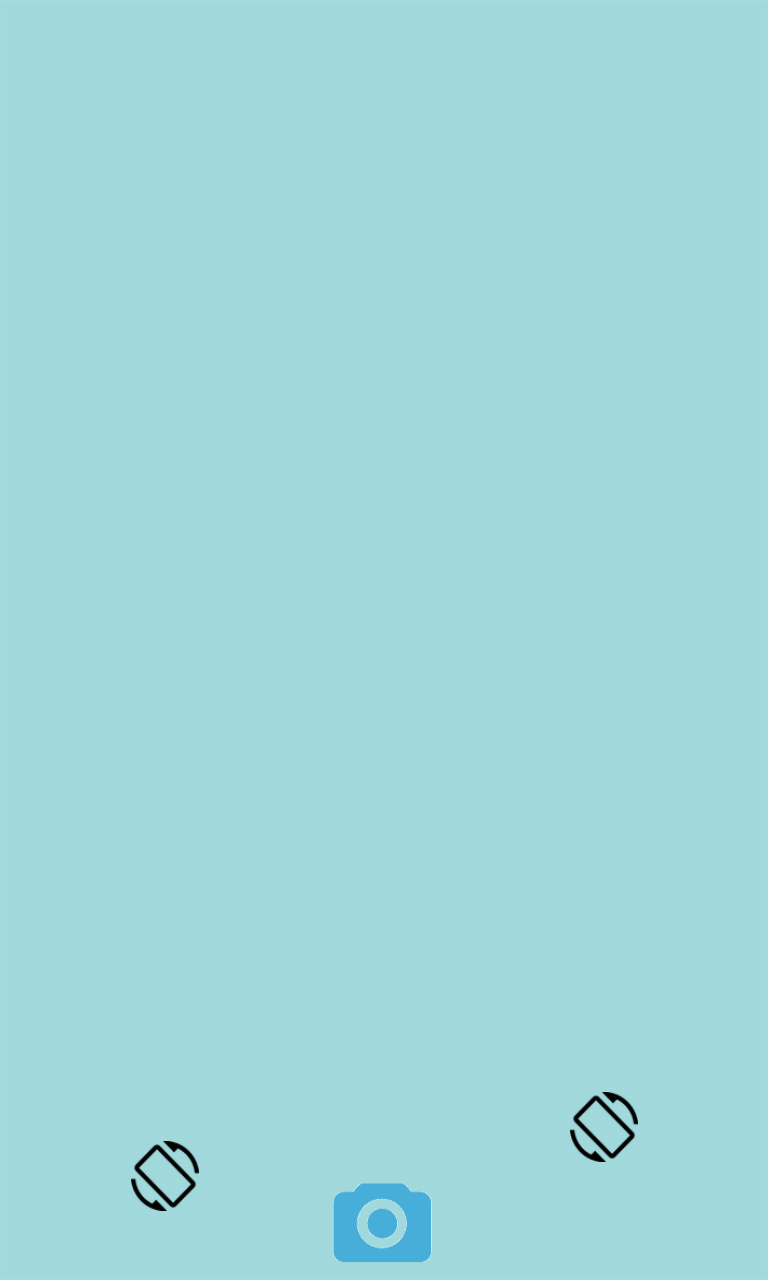
Repository: jucasoliveira/crazycameraapp
Layout: CrazyCameraCp/res/layout/activity_main.xml
These files come from the project's save history. The layout is drawn as it stood at one moment and after the next save; the edit follows.
It is drawn on a 768 x 1280 px phone screen (xhdpi) without system bars, with theme AppTheme; the app's code is not run.

Above is the layout before, as saved 2015-04-16 23:33:33.

### CrazyCameraCp/res/layout/activity_main.xml
<?xml version="1.0" encoding="utf-8"?>
<LinearLayout xmlns:android="http://schemas.android.com/apk/res/android"
    android:orientation="vertical"
    android:layout_width="fill_parent"
    android:layout_height="fill_parent"
    android:background="@drawable/bluetint"
    >
  <FrameLayout
    android:id="@+id/camera_preview"
    android:layout_width="fill_parent"
    android:layout_height="fill_parent"
    android:layout_weight="1"
    />

  <Button
      android:id="@+id/button_capture"
      android:layout_width="77dp"
      android:layout_height="58dp"
      android:layout_gravity="center"
      android:layout_marginLeft="0dp"
      android:layout_marginTop="10dp"
      android:background="@drawable/iconcamera" />

   <Button
       android:id="@+id/button_rotate"
       android:layout_width="34dp"
       android:layout_height="35dp"
       android:layout_gravity="center"
       android:layout_marginLeft="-110dp"
       android:layout_marginTop="-70dp"
       android:background="@drawable/icon_rotate" />
      <Button
       android:id="@+id/button_flash"
       android:layout_width="34dp"
       android:layout_height="35dp"
       android:layout_gravity="center"
       android:layout_marginLeft="110dp"
       android:layout_marginTop="-60dp"
       android:background="@drawable/icon_rotate" />

</LinearLayout>

Loaded but not shown: CrazyCameraCp/res/values/styles.xml (common file); CrazyCameraCp/res/values-v11/styles.xml (common file); CrazyCameraCp/res/values-v14/styles.xml (common file)

After the next save:
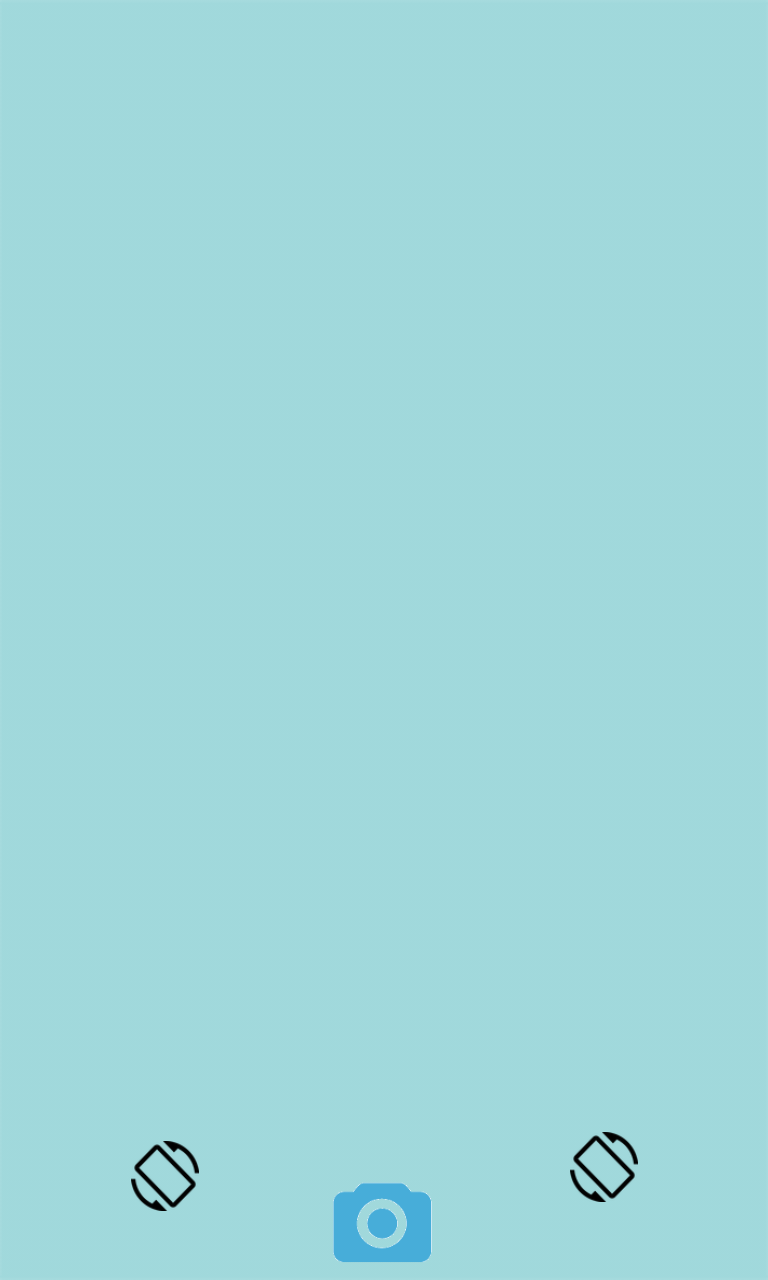
Saved 5 s later.
--- a/CrazyCameraCp/res/layout/activity_main.xml
+++ b/CrazyCameraCp/res/layout/activity_main.xml
@@ -35,7 +35,7 @@
        android:layout_height="35dp"
        android:layout_gravity="center"
        android:layout_marginLeft="110dp"
-       android:layout_marginTop="-60dp"
+       android:layout_marginTop="-40dp"
        android:background="@drawable/icon_rotate" />
 
 </LinearLayout>
